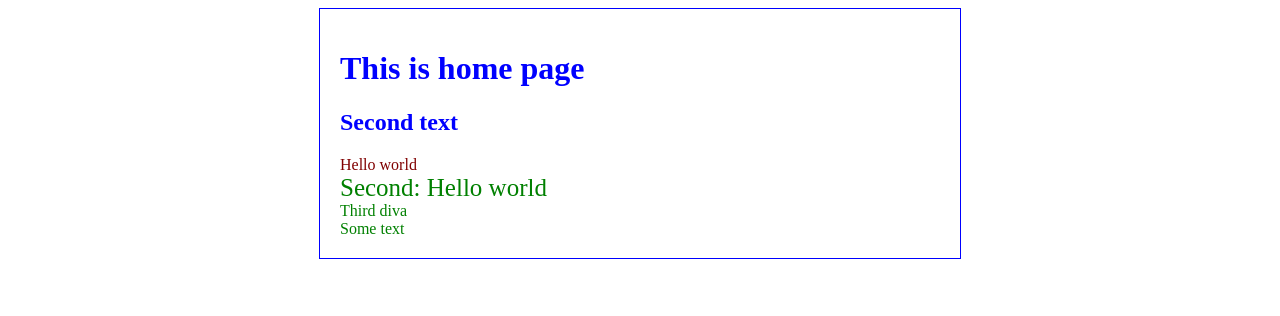
Repository: Vincerenko/Web-site
Page: http://localhost/index
The author's editor kept a copy of each file at every save. The page is drawn from the files as they stood at one save, then again after the next save.
The browser window is 1280 px wide. The pictures show the whole page.
The page is this project's Thymeleaf template; nobody is signed in. The template is opened directly, without the code that normally fills it, so the values that code supplies are empty.

Above is the page before, as saved 2021-03-12 18:49:11.

### ckj_13_mvc/src/main/resources/templates/index.html
<!DOCTYPE html>
<html>
<head>
<meta charset="UTF-8">
<title>Home page</title>
<link rel="stylesheet" href="/style/demo.css">
</head>

<body>
	<div class="container">
		<h1>This is home page</h1>
		<h2>Second text</h2>
		<div id="first">Hello world</div>
		<div class="green_text big_text">Second: Hello world</div>
		<div class="green_text">Third diva</div>
		<span class="green_text">Some text</span>
	</div>
</body>
</html>

### ckj_13_mvc/src/main/resources/static/style/demo.css
@charset "UTF-8";
h1,h2 {
	color: blue;
	}
#first {
color:maroon;
}

.green_text{
 	color:green;
}
.big_text{
font-size: 25px;
}

.container{
	border: 1px double blue;
	width: 600px;
	margin: auto;
	padding: 20px;
}

After the next save:
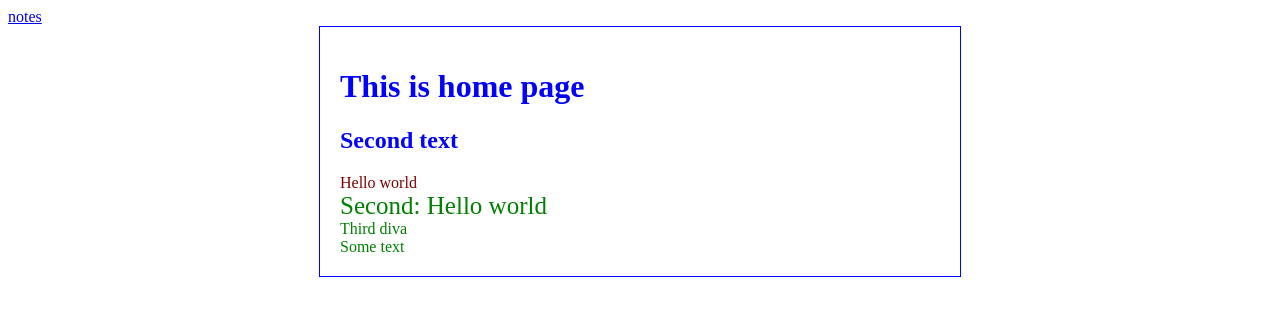
Saved 2 min 21 s later.
--- a/ckj_13_mvc/src/main/resources/templates/index.html
+++ b/ckj_13_mvc/src/main/resources/templates/index.html
@@ -7,6 +7,9 @@
 </head>
 
 <body>
+<div>
+		<a href="/notes">notes</a>
+		</div>
 	<div class="container">
 		<h1>This is home page</h1>
 		<h2>Second text</h2>
